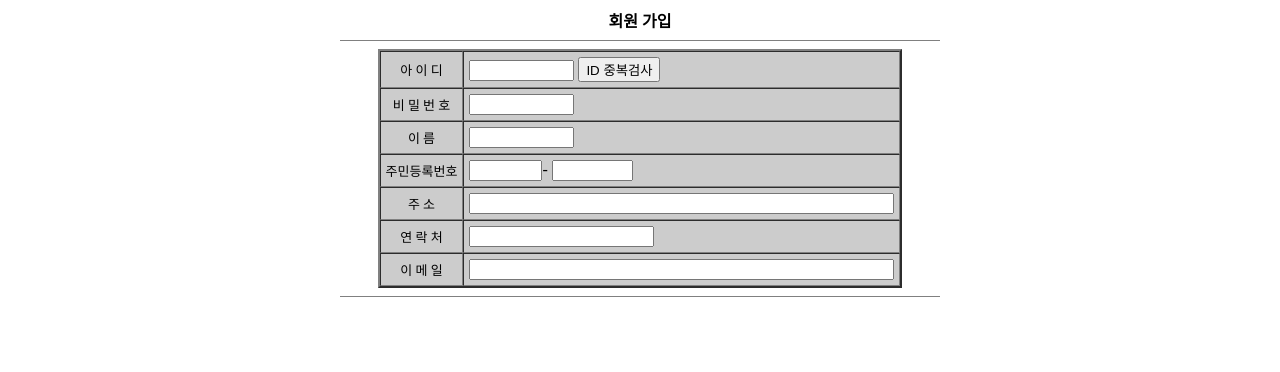
Repository: kalmia26/Capstone
Page: http://localhost/LectureSystem/member_input.jsp
These files come from the project's save history. The page is drawn as it stood at one moment and after the next save; the edit follows.
The browser window is 1280 px wide. The pictures show the whole page.
The page is served by Tomcat 9.

Above is the page before, as saved 2017-05-24 06:11:16.

After the next save:
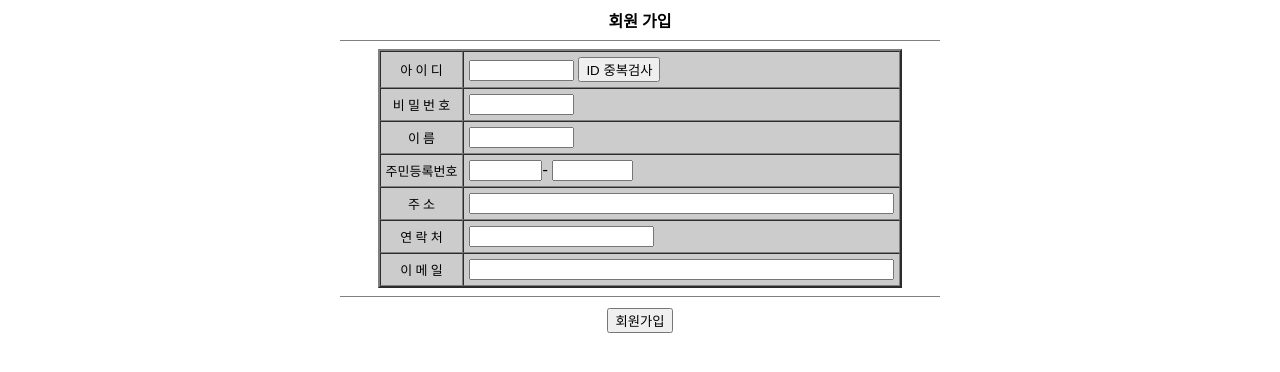
Saved 29 s later.
--- a/LectureSystem/WebContent/member_input.jsp
+++ b/LectureSystem/WebContent/member_input.jsp
@@ -187,6 +187,7 @@ function check_id() {
 		<table>
 			<tr>
 				<td colspan='2' align="center">
+					<input type="button" onclick="check()" value="회원가입">
 				</td>
 			</tr>
 		</table>
